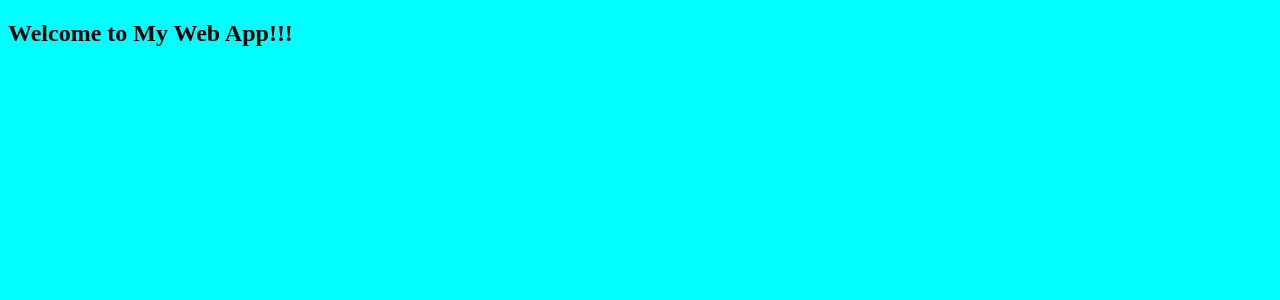
Repository: ravangs/trainingprojects
Page: mywebapp/src/main/webapp/index.html
An editor plug-in stored every save of this project. The page is shown before and after the next save, followed by the edit.
The browser window is 1280 px wide. The pictures show the whole page.

Above is the page before, as saved 2019-07-16 05:14:17.

After the next save:
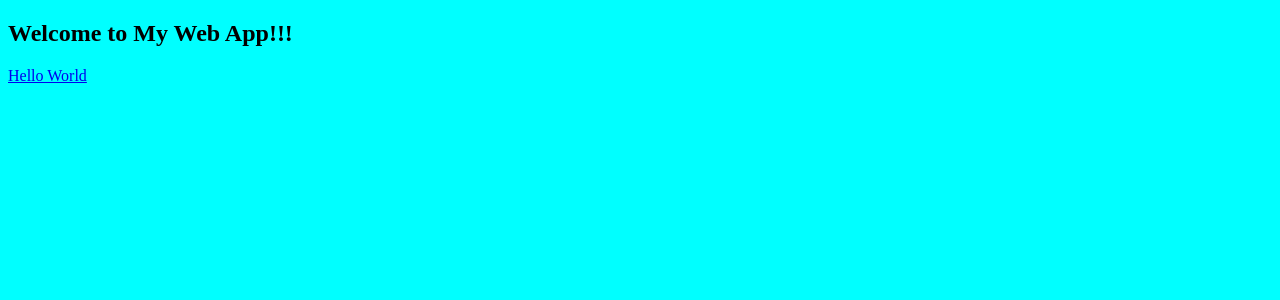
Saved 2 min 6 s later.
--- a/mywebapp/src/main/webapp/index.html
+++ b/mywebapp/src/main/webapp/index.html
@@ -8,5 +8,8 @@
 
 <h2>Welcome to My Web App!!!</h2>
 
+<a href = hello>Hello World</a>
+<br>
+
 </body>
 </html>
